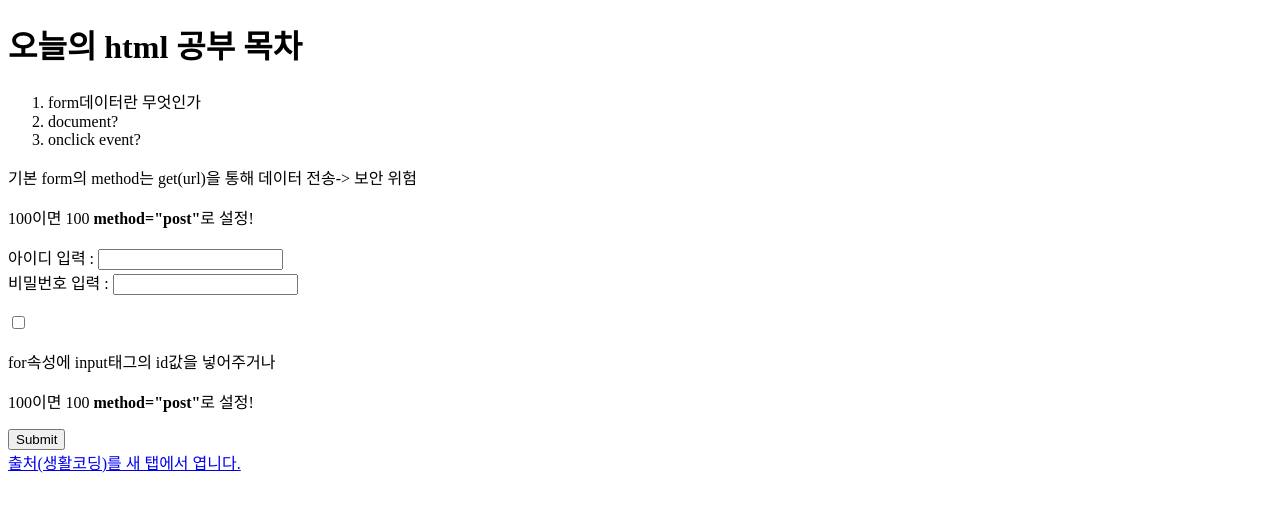
Repository: PareutPareut/frontend
Page: markDowns/study1129.html
These files come from the project's save history. The page is drawn as it stood at one moment and after the next save; the edit follows.
The browser window is 1280 px wide. The pictures show the whole page.

Above is the page before, as saved 2023-11-29 14:59:22.

### markDowns/study1129.html
<!doctype html>
<html>
    <head>
        <meta charset="utf-8"/>
        <title>html- form, document, onclick event</title>
    </head>
    <body>
        <header>
            <h1>오늘의 html 공부 목차</h1>
        </header>
        <ol>
            <li>form데이터란 무엇인가</li>
            <li>document?</li>
            <li>onclick event?</li>
        </ol>

        <form action="localhost:3000/user" method="post">
            <div>
                <p>기본 form의 method는 get(url)을 통해 데이터 전송-> 보안 위험</p>
                <p>100이면 100 <strong>method="post"</strong>로 설정!</p>
            </div>

            <div>
                <label for="put_id"> 아이디 입력 : </label>
                <input type="text" id="put_id" name="id">
            </div>

            <div>
                <label for="put_pwd">비밀번호 입력 : </label>
                <input type="password" id="put_pwd" name="pwd">
            </div>

            <br>

            <label>
                <span><input type="checkbox" name="여름" wa</span>
            </label>
            <div>
                <p>for속성에 input태그의 id값을 넣어주거나 </p>
                <p>100이면 100 <strong>method="post"</strong>로 설정!</p>
            </div>

            <input type="submit">
        </form>


        <script>

        </script>

        <footer>
            <a href="https://opentutorials.org/course/2039/10962" target="_blank">출처(생활코딩)를 새 탭에서 엽니다.</a>
        </footer>


    </body>
</html>

After the next save:
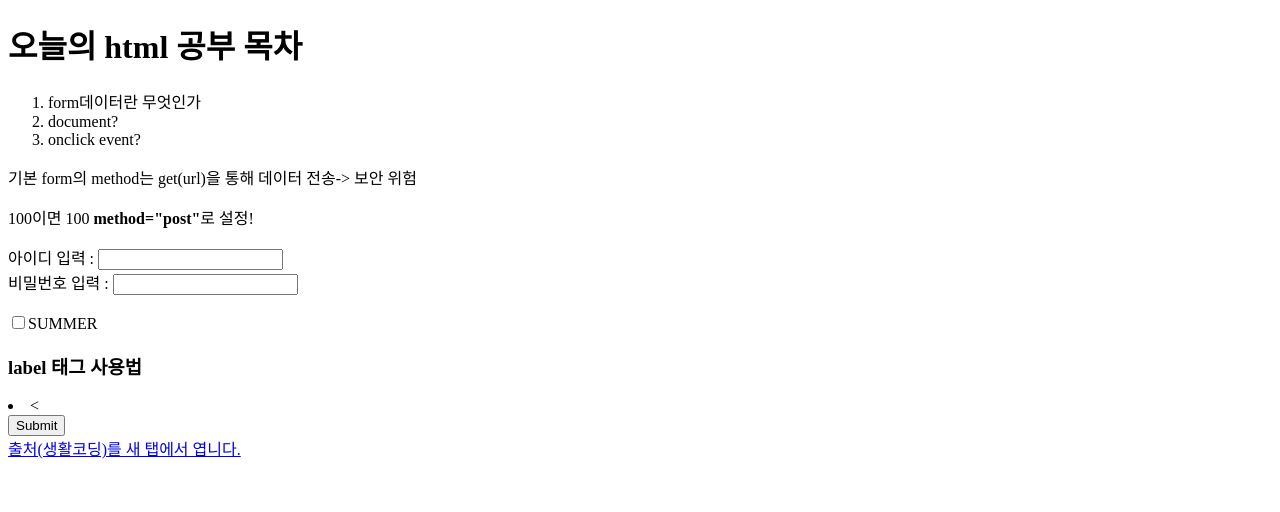
Saved 72 s later.
--- a/markDowns/study1129.html
+++ b/markDowns/study1129.html
@@ -33,11 +33,14 @@
             <br>
 
             <label>
-                <span><input type="checkbox" name="여름" wa</span>
+                <span><input type="checkbox" name="여름" value="summer">SUMMER </span>
             </label>
+
             <div>
-                <p>for속성에 input태그의 id값을 넣어주거나 </p>
-                <p>100이면 100 <strong>method="post"</strong>로 설정!</p>
+                <h3>label 태그 사용법</h3>
+                <li>
+                    <
+                </li>
             </div>
 
             <input type="submit">
